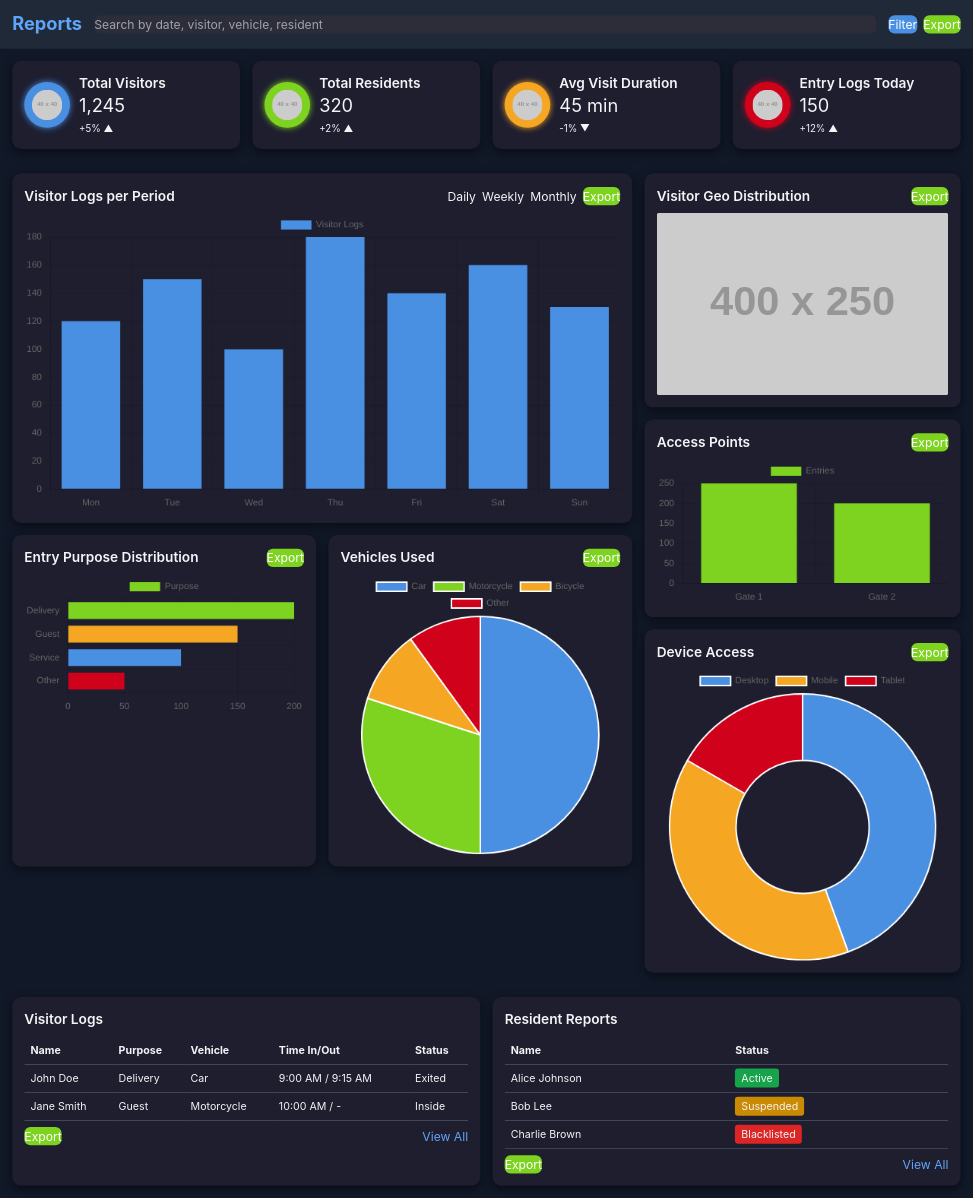
Repository: camuramon/my-project
Page: templates/admin/reports.html
These files come from the project's save history. The page is drawn as it stood at one moment and after the next save; the edit follows.
The browser window is 1280 px wide. The pictures show the whole page, at 76% of full size.
Some web libraries are served in a nearby version. The template is drawn by Flask 3. The application's start-up code is not run. Other server files are loaded and not shown. The template is opened directly, without the code that normally fills it, so the values that code supplies are empty.

Above is the page before, as saved 2025-09-08 23:25:51.

### templates/admin/reports.html
<!DOCTYPE html>
<html lang="en">
<head>
    <meta charset="UTF-8">
    <meta name="viewport" content="width=device-width, initial-scale=1.0">
    <title>VMS Reports Dashboard</title>
    <script src="https://cdn.tailwindcss.com"></script>
    <script src="https://cdn.jsdelivr.net/npm/chart.js"></script>
    <style>
        body { background-color: #121212; color: #E0E0E0; font-family: 'Inter', sans-serif; }
        .card { background-color: #1E1E2F; border-radius: 12px; box-shadow: 0 4px 12px rgba(0,0,0,0.5); transition: box-shadow 0.3s ease; }
        .card:hover { box-shadow: 0 6px 20px rgba(74,144,226,0.7); /* Blue glow */ }
        .glow-blue { box-shadow: 0 0 8px #4A90E2; background-color: #4A90E2; }
        .glow-green { box-shadow: 0 0 8px #7ED321; background-color: #7ED321; }
        .glow-yellow { box-shadow: 0 0 8px #F5A623; background-color: #F5A623; }
        .glow-red { box-shadow: 0 0 8px #D0021B; background-color: #D0021B; }
        .icon-bg { border-radius: 50%; padding: 10px; margin-right: 12px; display: inline-block; }
        input, select { background-color: #2D2D3A; color: #E0E0E0; border: none; border-radius: 8px; padding: 8px 12px; }
        input::placeholder { color: #A0A0A0; }
        button { border: none; border-radius: 8px; padding: 8px 16px; transition: background-color 0.3s; }
        .btn-blue { background-color: #4A90E2; color: white; }
        .btn-blue:hover { box-shadow: 0 0 10px #4A90E2; }
        .btn-green { background-color: #7ED321; color: white; }
        .btn-green:hover { box-shadow: 0 0 10px #7ED321; }
        canvas { max-width: 100%; height: auto; }
    </style>
</head>
<body class="bg-gray-900 text-gray-100">
    <!-- Header Section -->
    <header class="bg-gray-800 p-4 flex flex-col md:flex-row items-center justify-between">
        <h1 class="text-2xl font-bold text-blue-400 glow-effect">Reports</h1>
        <input type="text" placeholder="Search by date, visitor, vehicle, resident" class="flex-1 mx-4 mt-2 md:mt-0 min-w-0">
        <div class="flex space-x-2 mt-2 md:mt-0">
            <button class="btn-blue btn-filter">Filter</button>
            <button class="btn-green btn-export">Export</button>
        </div>
    </header>

    <!-- Report Cards -->
    <section class="grid grid-cols-1 md:grid-cols-2 lg:grid-cols-4 gap-4 p-4">
        <div class="card p-4 flex items-center">
            <div class="icon-bg glow-blue">
                <img src="https://placehold.co/40x40/4A90E2/FFFFFF" alt="Icon depicting multiple human figures symbolizing visitors for total visitors metric" class="w-10 h-10 rounded-full">
            </div>
            <div>
                <h3 class="text-lg font-semibold">Total Visitors</h3>
                <p class="text-2xl">1,245</p>
                <small>+5% ▲</small>
            </div>
        </div>
        <div class="card p-4 flex items-center">
            <div class="icon-bg glow-green">
                <img src="https://placehold.co/40x40/7ED321/FFFFFF" alt="Icon of a house structure representing residents for total residents metric" class="w-10 h-10 rounded-full">
            </div>
            <div>
                <h3 class="text-lg font-semibold">Total Residents</h3>
                <p class="text-2xl">320</p>
                <small>+2% ▲</small>
            </div>
        </div>
        <div class="card p-4 flex items-center">
            <div class="icon-bg glow-yellow">
                <img src="https://placehold.co/40x40/F5A623/FFFFFF" alt="Icon of a clock with timer hands indicating time duration" class="w-10 h-10 rounded-full">
            </div>
            <div>
                <h3 class="text-lg font-semibold">Avg Visit Duration</h3>
                <p class="text-2xl">45 min</p>
                <small>-1% ▼</small>
            </div>
        </div>
        <div class="card p-4 flex items-center">
            <div class="icon-bg glow-red">
                <img src="https://placehold.co/40x40/D0021B/FFFFFF" alt="Icon of a door or gate indicating entry logs" class="w-10 h-10 rounded-full">
            </div>
            <div>
                <h3 class="text-lg font-semibold">Entry Logs Today</h3>
                <p class="text-2xl">150</p>
                <small>+12% ▲</small>
            </div>
        </div>
    </section>

    <!-- Main Charts and Side Widgets -->
    <section class="flex flex-col lg:flex-row gap-4 p-4">
        <!-- Main Charts -->
        <div class="flex-1">
            <div class="card p-4 mb-4">
                <div class="flex justify-between items-center mb-2">
                    <h3 class="text-lg font-semibold">Visitor Logs per Period</h3>
                    <div class="flex space-x-2">
                        <button class="btn-chart-toggle" data-period="daily">Daily</button>
                        <button class="btn-chart-toggle" data-period="weekly">Weekly</button>
                        <button class="btn-chart-toggle" data-period="monthly">Monthly</button>
                        <button class="btn-green">Export</button>
                    </div>
                </div>
                <canvas id="barChart"></canvas>
            </div>
            <div class="grid grid-cols-1 md:grid-cols-2 gap-4">
                <div class="card p-4">
                    <div class="flex justify-between items-center mb-2">
                        <h3 class="text-lg font-semibold">Entry Purpose Distribution</h3>
                        <button class="btn-green">Export</button>
                    </div>
                    <canvas id="horizontalChart"></canvas>
                </div>
                <div class="card p-4">
                    <div class="flex justify-between items-center mb-2">
                        <h3 class="text-lg font-semibold">Vehicles Used</h3>
                        <button class="btn-green">Export</button>
                    </div>
                    <canvas id="pieChart"></canvas>
                </div>
            </div>
        </div>
        <!-- Side Widgets -->
        <div class="lg:w-1/3 space-y-4">
            <div class="card p-4">
                <div class="flex justify-between items-center mb-2">
                    <h3 class="text-lg font-semibold">Visitor Geo Distribution</h3>
                    <button class="btn-green">Export</button>
                </div>
                <img src="https://placehold.co/400x250" alt="Map or heatmap visualizing geographical origins of visitors, showing origins like cities or regions with blue overlays indicating density" class="w-full rounded">
            </div>
            <div class="card p-4">
                <div class="flex justify-between items-center mb-2">
                    <h3 class="text-lg font-semibold">Access Points</h3>
                    <button class="btn-green">Export</button>
                </div>
                <canvas id="accessChart"></canvas>
            </div>
            <div class="card p-4">
                <div class="flex justify-between items-center mb-2">
                    <h3 class="text-lg font-semibold">Device Access</h3>
                    <button class="btn-green">Export</button>
                </div>
                <canvas id="deviceChart"></canvas>
            </div>
        </div>
    </section>

    <!-- Tables -->
    <section class="p-4 grid grid-cols-1 md:grid-cols-2 gap-4">
        <div class="card p-4">
            <h3 class="text-lg font-semibold mb-2">Visitor Logs</h3>
            <div class="overflow-x-auto">
                <table class="w-full text-sm">
                    <thead>
                        <tr class="border-b border-gray-600">
                            <th class="text-left p-2">Name</th>
                            <th class="text-left p-2">Purpose</th>
                            <th class="text-left p-2">Vehicle</th>
                            <th class="text-left p-2">Time In/Out</th>
                            <th class="text-left p-2">Status</th>
                        </tr>
                    </thead>
                    <tbody>
                        <tr class="border-b border-gray-600 hover:bg-gray-800">
                            <td class="p-2">John Doe</td>
                            <td class="p-2">Delivery</td>
                            <td class="p-2">Car</td>
                            <td class="p-2">9:00 AM / 9:15 AM</td>
                            <td class="p-2">Exited</td>
                        </tr>
                        <tr class="border-b border-gray-600 hover:bg-gray-800">
                            <td class="p-2">Jane Smith</td>
                            <td class="p-2">Guest</td>
                            <td class="p-2">Motorcycle</td>
                            <td class="p-2">10:00 AM / -</td>
                            <td class="p-2">Inside</td>
                        </tr>
                        <!-- Add more rows as needed -->
                    </tbody>
                </table>
            </div>
            <a href="#" class="text-blue-400 float-right mt-2">View All</a>
            <button class="btn-green mt-2">Export</button>
        </div>
        <div class="card p-4">
            <h3 class="text-lg font-semibold mb-2">Resident Reports</h3>
            <div class="overflow-x-auto">
                <table class="w-full text-sm">
                    <thead>
                        <tr class="border-b border-gray-600">
                            <th class="text-left p-2">Name</th>
                            <th class="text-left p-2">Status</th>
                        </tr>
                    </thead>
                    <tbody>
                        <tr class="border-b border-gray-600 hover:bg-gray-800">
                            <td class="p-2">Alice Johnson</td>
                            <td class="p-2"><span class="bg-green-600 px-2 py-1 rounded">Active</span></td>
                        </tr>
                        <tr class="border-b border-gray-600 hover:bg-gray-800">
                            <td class="p-2">Bob Lee</td>
                            <td class="p-2"><span class="bg-yellow-600 px-2 py-1 rounded">Suspended</span></td>
                        </tr>
                        <tr class="border-b border-gray-600 hover:bg-gray-800">
                            <td class="p-2">Charlie Brown</td>
                            <td class="p-2"><span class="bg-red-600 px-2 py-1 rounded">Blacklisted</span></td>
                        </tr>
                        <!-- Add more rows as needed -->
                    </tbody>
                </table>
            </div>
            <a href="#" class="text-blue-400 float-right mt-2">View All</a>
            <button class="btn-green mt-2">Export</button>
        </div>
    </section>

    <script>
        // Bar Chart
        const barCtx = document.getElementById('barChart').getContext('2d');
        let period = 'daily';
        const barData = {
            daily: [120, 150, 100, 180, 140, 160, 130],
            weekly: [850, 900, 880, 920],
            monthly: [3200, 3500, 3400]
        };
        const barChart = new Chart(barCtx, {
            type: 'bar',
            data: {
                labels: period === 'daily' ? ['Mon', 'Tue', 'Wed', 'Thu', 'Fri', 'Sat', 'Sun'] : (period === 'weekly' ? ['Week 1', 'Week 2', 'Week 3', 'Week 4'] : ['Jan', 'Feb', 'Mar']),
                datasets: [{
                    label: 'Visitor Logs',
                    data: barData[period],
                    backgroundColor: '#4A90E2'
                }]
            },
            options: {
                responsive: true,
                plugins: {
                    tooltip: { enabled: true }
                }
            }
        });

        document.querySelectorAll('.btn-chart-toggle').forEach(btn => {
            btn.addEventListener('click', (e) => {
                period = e.target.dataset.period;
                const labels = period === 'daily' ? ['Mon', 'Tue', 'Wed', 'Thu', 'Fri', 'Sat', 'Sun'] : (period === 'weekly' ? ['Week 1', 'Week 2', 'Week 3', 'Week 4'] : ['Jan', 'Feb', 'Mar']);
                barChart.data.labels = labels;
                barChart.data.datasets[0].data = barData[period];
                barChart.update();
            });
        });

        // Horizontal Stacked Bar
        const horCtx = document.getElementById('horizontalChart').getContext('2d');
        new Chart(horCtx, {
            type: 'bar',
            data: {
                labels: ['Delivery', 'Guest', 'Service', 'Other'],
                datasets: [{
                    label: 'Purpose',
                    data: [200, 150, 100, 50],
                    backgroundColor: ['#7ED321', '#F5A623', '#4A90E2', '#D0021B']
                }]
            },
            options: {
                indexAxis: 'y',
                responsive: true
            }
        });

        // Pie Chart
        const pieCtx = document.getElementById('pieChart').getContext('2d');
        new Chart(pieCtx, {
            type: 'pie',
            data: {
                labels: ['Car', 'Motorcycle', 'Bicycle', 'Other'],
                datasets: [{
                    data: [500, 300, 100, 100],
                    backgroundColor: ['#4A90E2', '#7ED321', '#F5A623', '#D0021B']
                }]
            },
            options: {
                responsive: true
            }
        });

        // Access Points Chart
        const accCtx = document.getElementById('accessChart').getContext('2d');
        new Chart(accCtx, {
            type: 'bar',
            data: {
                labels: ['Gate 1', 'Gate 2'],
                datasets: [{
                    label: 'Entries',
                    data: [250, 200],
                    backgroundColor: '#7ED321'
                }]
            },
            options: {
                responsive: true
            }
        });

        // Device Chart
        const devCtx = document.getElementById('deviceChart').getContext('2d');
        new Chart(devCtx, {
            type: 'doughnut',
            data: {
                labels: ['Desktop', 'Mobile', 'Tablet'],
                datasets: [{
                    data: [400, 350, 150],
                    backgroundColor: ['#4A90E2', '#F5A623', '#D0021B']
                }]
            },
            options: {
                responsive: true
            }
        });

        // Export buttons (placeholder)
        document.querySelectorAll('.btn-export, .btn-green').forEach(btn => {
            if (btn.classList.contains('btn-export')) {
                btn.style.display = 'inline-block';
            }
            btn.addEventListener('click', () => {
                alert('Export functionality coming soon!');
            });
        });

        // Filter button
        document.querySelector('.btn-filter').addEventListener('click', () => {
            alert('Filter modal or functionality here!');
        });
    </script>
</body>
</html>
</content>
</create_file>

After the next save:
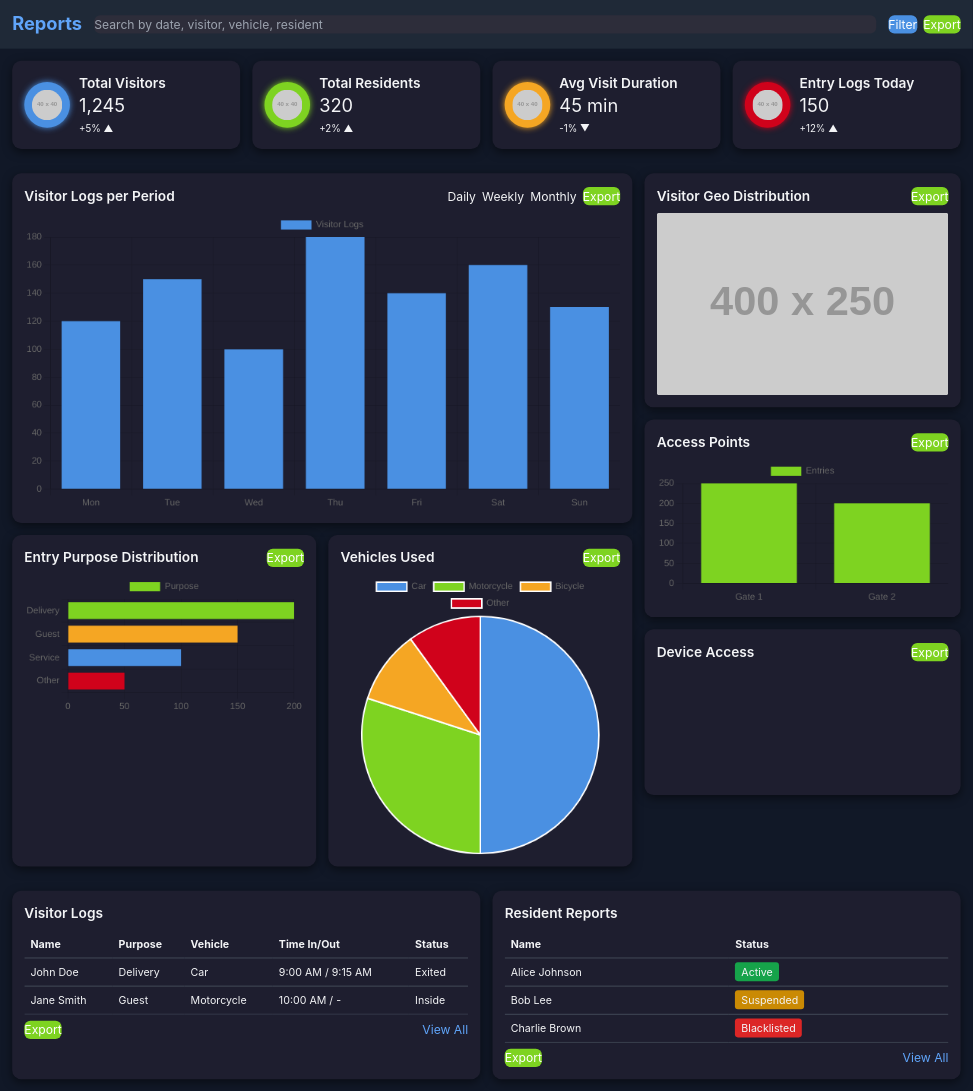
Saved 58 s later.
--- a/templates/admin/reports.html
+++ b/templates/admin/reports.html
@@ -296,21 +296,6 @@
             }
         });
 
-        // Device Chart
-        const devCtx = document.getElementById('deviceChart').getContext('2d');
-        new Chart(devCtx, {
-            type: 'doughnut',
-            data: {
-                labels: ['Desktop', 'Mobile', 'Tablet'],
-                datasets: [{
-                    data: [400, 350, 150],
-                    backgroundColor: ['#4A90E2', '#F5A623', '#D0021B']
-                }]
-            },
-            options: {
-                responsive: true
-            }
-        });
 
         // Export buttons (placeholder)
         document.querySelectorAll('.btn-export, .btn-green').forEach(btn => {
